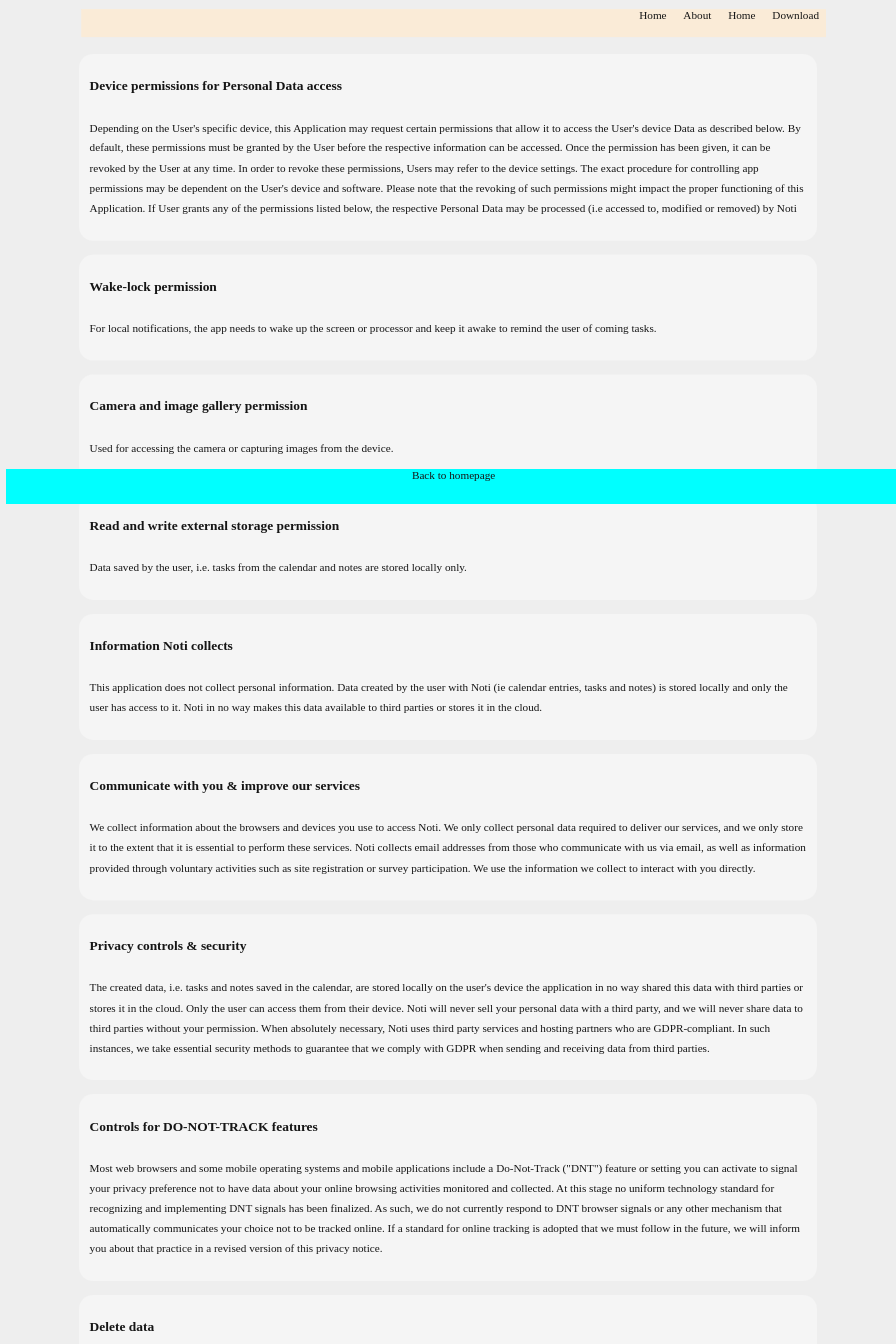
Repository: RafalSiuta/notiweb
Page: policy.html
An editor plug-in stored every save of this project. The page is shown before and after the next save, followed by the edit.
The browser window is 1280 px wide. The pictures show the part of the page from y = 0 to 1920 px (the page is 3565 px tall before and 3585 px after), at 70% of full size.

Above is the page before, as saved 2024-12-15 02:12:42.

After the next save:
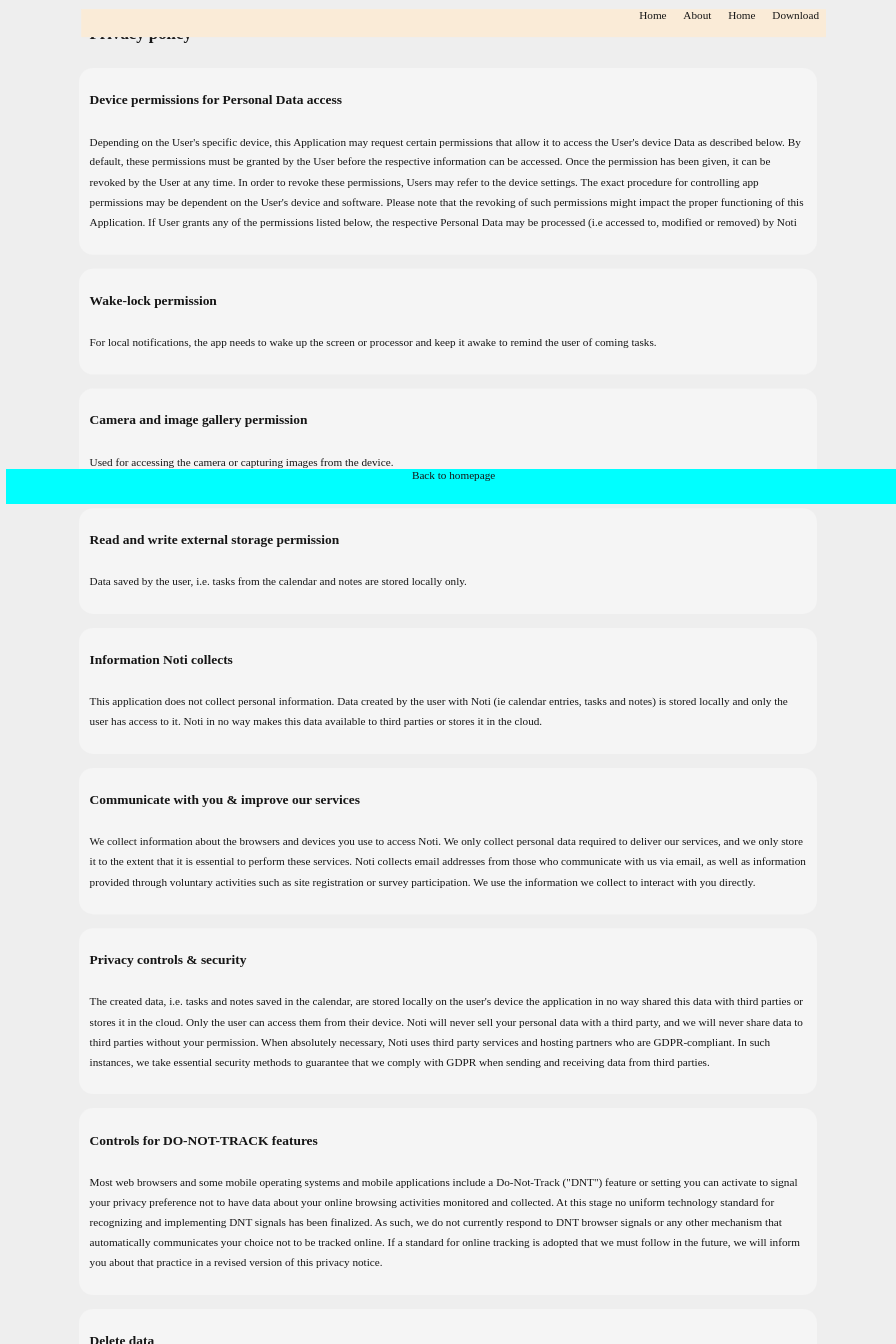
Saved 68 s later.
--- a/policy.html
+++ b/policy.html
@@ -23,7 +23,10 @@
         </nav>
 
         <div class="main">
-            <h1>Privacy policy</h1>
+            <header>
+                <h1>Privacy policy</h1>
+            </header>
+
             <div class="item">
 
                 <h3>Device permissions for Personal Data access</h3>
--- a/styles/styles.css
+++ b/styles/styles.css
@@ -90,8 +90,8 @@
     color: #161616;
 }
 header{
-    width: 100vw;
-    height: 10vh;
+    width: 80vw;
     text-align: left;
+    margin: 10px auto;
 
 }
